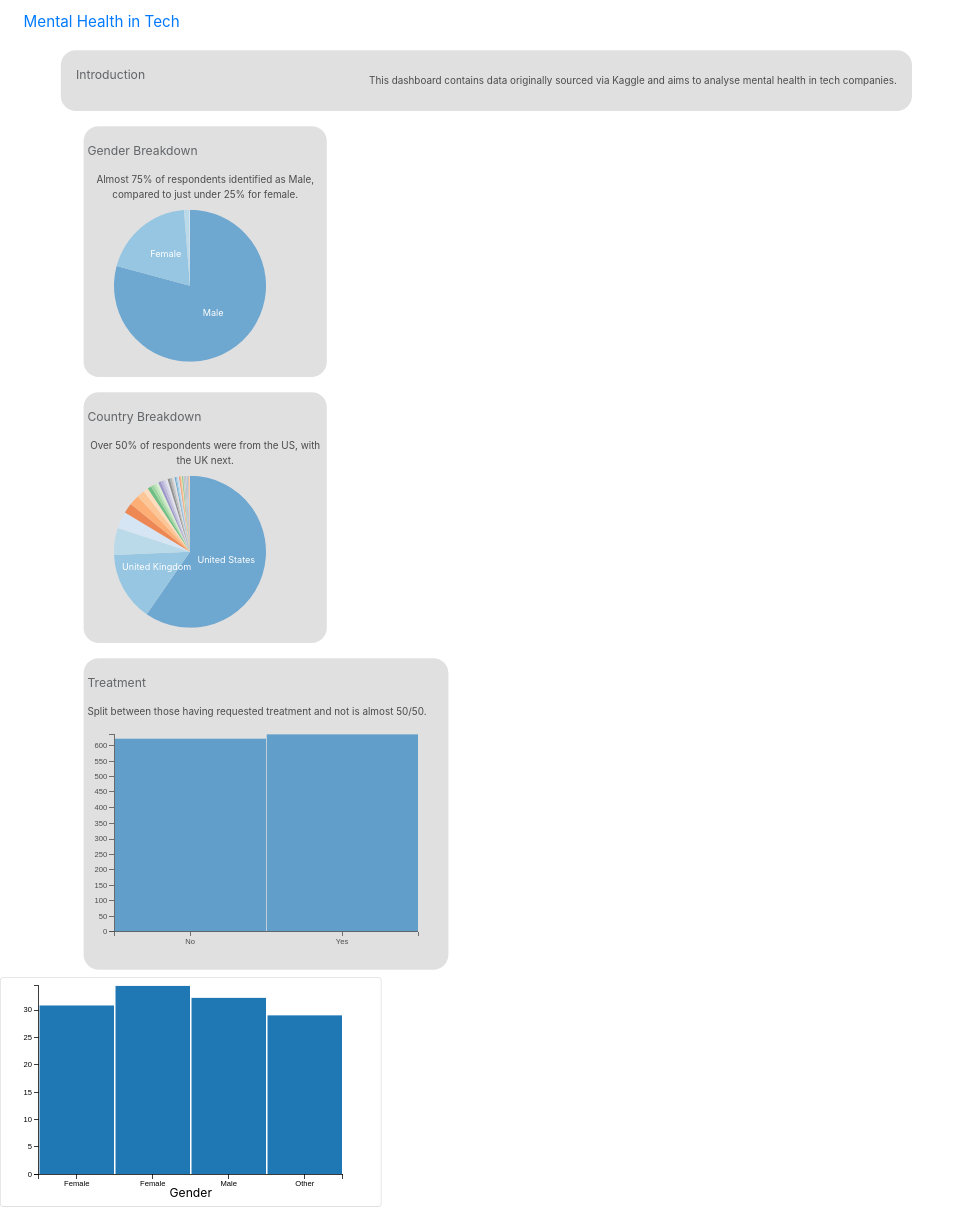
Repository: martingr1/mhdashboard
Page: index.html
The author's editor kept a record of every edit. The page is drawn from the files as they stood at one moment, then again after the next edit.
The browser window is 1280 px wide. The pictures show the whole page, at 76% of full size.
Some web libraries are served in a nearby version.

Above is the page before.

### index.html
<html>

<head>

    <meta charset="UTF-8">
    <meta name="viewport" content="width=device-width, initial-scale=1.0">
    <meta http-equiv="X-UA-Compatible" content="ie=edge">
    <title>Mental Health in Tech</title>

    <link rel="stylesheet" href="static/css/bootstrap.min.css" type="text/css" />
    <link rel="stylesheet" href="static/css/dc.min.css" type="text/css" />
    <link rel="stylesheet" type="text/css" href="https://maxcdn.bootstrapcdn.com/font-awesome/4.7.0/css/font-awesome.min.css">
    <link rel="stylesheet" href="static/css/style.css" type="text/css" />


    <script type="text/javascript" src="static/js/d3.min.js"></script>
    <script type="text/javascript" src="static/js/crossfilter.min.js"></script>
    <script type="text/javascript" src="static/js/dc.min.js"></script>
    <script type="text/javascript" src="static/js/queue.min.js"></script>
    <script type="text/javascript" src="static/js/graph.js"></script>

</head>

<body>

    <nav class="navbar navbar-default">
        <div class="container-fluid">
            <div class="navbar-header">
                <a class="navbar-brand" href="#">Mental Health in Tech</a>
            </div>
        </div>
    </nav>

    <section class="section container">
        <div class="row">
            <article class="article col-lg-12">
                <div class="row text-center">
                    <div class="row intro-box">
                        <div class="text-center">Introduction</div>
                        <hr class="line">
                        <div>
                            <p class="chart-text">This dashboard contains data originally sourced via Kaggle and aims to analyse mental health in tech companies.</p>
                        </div>
                    </div>
                </div>
        </div>
        </article>

        <article class="article col-xs-12 col-sm-6 col-lg-4">
            <div class="row no-gutters text-center">
                <div class="row content-box">
                    <div class="row">
                        <div class="text-center">Gender Breakdown</div>
                        <hr class="line">
                        <div>
                            <p class="chart-text">Almost 75% of respondents identified as Male, compared to just under 25% for female.</p>
                        </div>
                        <div class="row">
                            <div class="chart" id="gender_breakdown"></div>
                        </div>
                    </div>
                </div>
            </div>
        </article>

        <article class="article col-xs-12 col-sm-6 col-lg-4">
            <div class="row no-gutters text-center">
                <div class="row content-box">
                    <div class="row">
                        <div class="text-center">Country Breakdown</div>
                        <hr class="line">
                        <div>
                            <p class="chart-text">Over 50% of respondents were from the US, with the UK next.</p>
                        </div>
                        <div class="row">
                            <div class="chart" id="country_breakdown"></div>
                        </div>
                    </div>
                </div>
        </article>

        <article class="article col-xs-12 col-sm-6 col-lg-4">
            <div class="row no-gutters text-center">
                <div class="row content-box">
                    <div class="row">
                        <div class="text-center">Treatment</div>
                        <hr class="line">
                        <div>
                            <p class="chart-text">Split between those having requested treatment and not is almost 50/50.</p>
                        </div>
                        <div class="row">
                            <div class="chart" id="treatment_chart"></div>
                        </div>
                    </div>
                </div>
        </article>
    </section>

    <div class="card" id="average_age"></div>


    <script src="https://code.jquery.com/jquery-3.2.1.js" integrity="sha256-DZAnKJ/6XZ9si04Hgrsxu/8s717jcIzLy3oi35EouyE=" crossorigin="anonymous"></script>

</body>

</html>

### static/css/style.css
.intro-box {
	box-sizing: border-box;
	border-radius: 20px;
	background-color: #D3D3D3;
	opacity: 0.7;
	text-align: center;
	content: align center;
	margin: 10px;
	padding: 20px;
	width: 100%;
	height: auto;
}

.content-box {
	box-sizing: border-box;
	border-radius: 20px;
	background-color: #D3D3D3;
	opacity: 0.7;
	margin: 10px;
	padding: 20px;
	max-width: 1080px;
	height: auto;
}

.chart-text {
	font-size: small;
	color: black;
	margin: 10px 0;
}

.line {
	margin: 15px auto 15px;
	color: #FFFFFF;
	max-width: 240px;
}

### static/js/graph.js
queue()
    .defer(d3.csv, "data/mhsurvey.csv")
    .await(makeGraphs);

function makeGraphs(error, healthData) {

    var ndx = crossfilter(healthData);

    healthData.forEach(function(d) {
        d.age = parseInt(d.age);
    })

    show_gender_breakdown(ndx);
    show_country_breakdown(ndx);
    show_treatment_levels(ndx);
    show_average_age(ndx);

    dc.renderAll();
}

function show_gender_breakdown(ndx) {

    var dim = ndx.dimension(dc.pluck("gender"));
    var group = dim.group();

    dc.pieChart('#gender_breakdown')
        .height(200)
        .radius(480)
        .transitionDuration(500)
        .dimension(dim)
        .group(group);
}

function show_country_breakdown(ndx) {

    var dim = ndx.dimension(dc.pluck("country"));
    var group = dim.group();

    dc.pieChart('#country_breakdown')
        .height(200)
        .radius(480)
        .transitionDuration(500)
        .dimension(dim)
        .group(group);
}

function show_average_age(ndx) {

    var gender_dim = ndx.dimension(dc.pluck("gender"));

    var average_age = gender_dim.group().reduce(

        function(p, v) {
            p.count++;
            p.total += v.age;
            p.average = p.total / p.count;
            return p;
        },

        function(p, v) {
            p.count--;
            if (p.count == 0) {
                p.total = 0;
                p.average = 0;
            }
            else {
                p.total -= v.age;
                p.average = p.total / p.count;
            }
            return p;
        },

        function() {
            return { count: 0, total: 0, average: 0 };
        }
    );

    dc.barChart('#average_age')
        .width(500)
        .height(300)
        .margins({ top: 10, right: 50, bottom: 30, left: 50 })
        .dimension(gender_dim)
        .group(average_age)
        .valueAccessor(function(d) {
            return d.value.average;
        })
        .x(d3.scale.ordinal())
        .xUnits(dc.units.ordinal)
        .xAxisLabel("Gender")
}

function show_treatment_levels(ndx) {

    var dim = ndx.dimension(dc.pluck("treatment"));
    var group = dim.group();

    dc.barChart('#treatment_chart')
        .width(500)
        .height(300)
        .margins({ top: 10, right: 50, bottom: 30, left: 50 })
        .dimension(dim)
        .group(group)
        .x(d3.scale.ordinal())
        .xUnits(dc.units.ordinal)
}

Loaded but not shown: static/css/bootstrap.min.css (library); static/css/dc.min.css (library); static/js/d3.min.js (library); static/js/crossfilter.min.js (library); static/js/dc.min.js (library); static/js/queue.min.js (common file)

After the next edit:
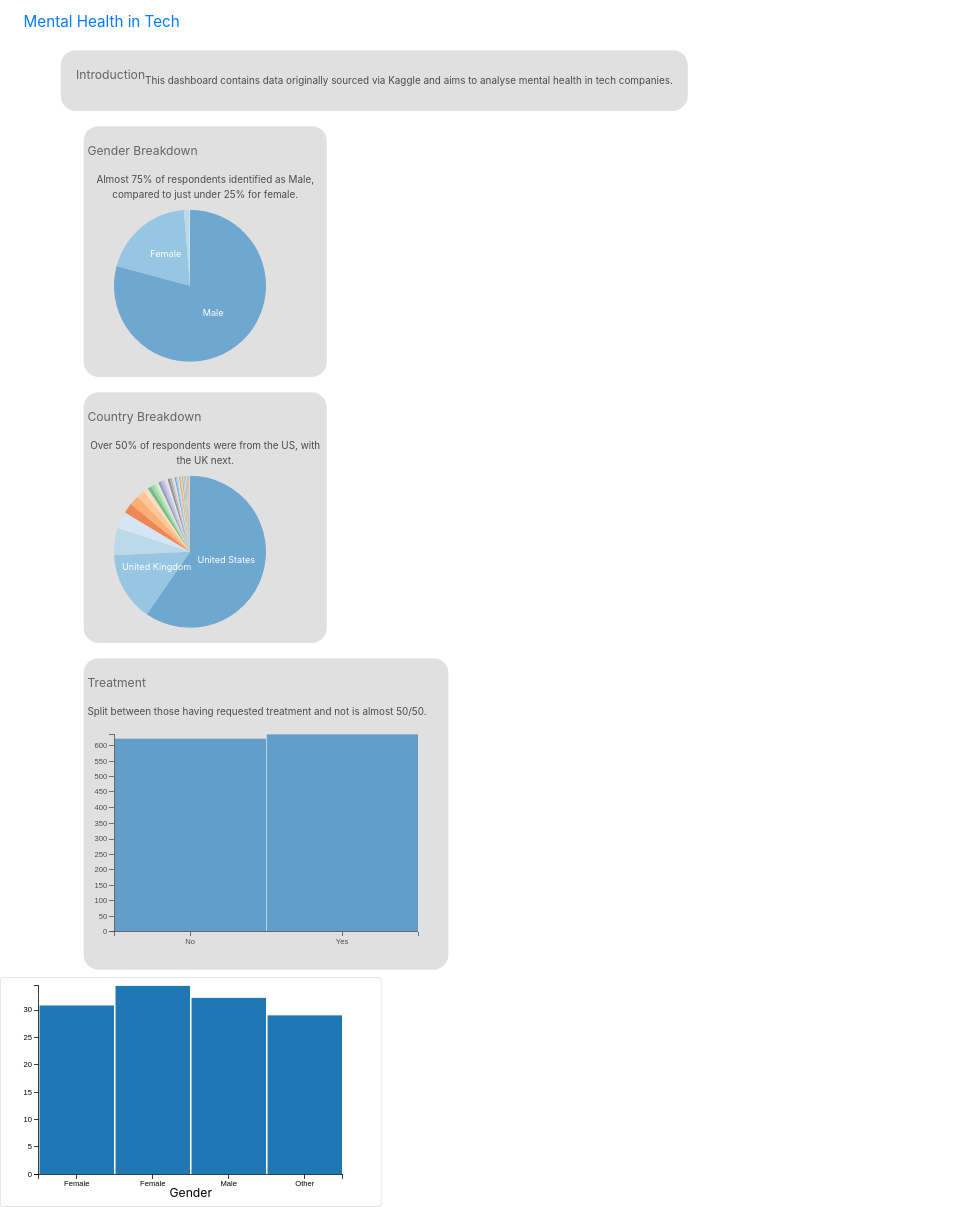
The edit:
--- a/static/css/style.css
+++ b/static/css/style.css
@@ -3,11 +3,8 @@
 	border-radius: 20px;
 	background-color: #D3D3D3;
 	opacity: 0.7;
-	text-align: center;
-	content: align center;
 	margin: 10px;
 	padding: 20px;
-	width: 100%;
 	height: auto;
 }
 
